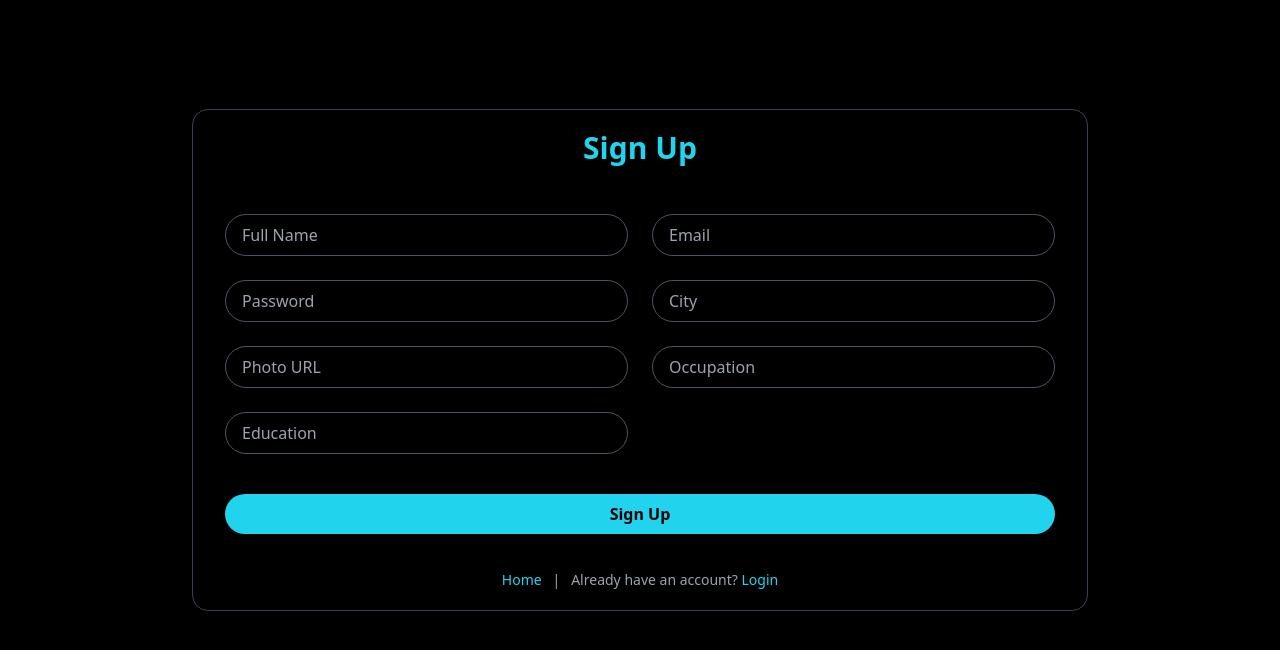
Repository: student-samratojha/StoryWrittingAppSam
Page: http://localhost/signup
The author's editor kept a copy of each file at every save. The page is drawn from the files as they stood at one save, then again after the next save.
The browser window is 1280 px wide. The pictures show the whole page.
Some web libraries are served in a nearby version. The page is served by the project's Node server (app.js).

Above is the page before, as saved 2025-10-12 19:31:00.

After the next save:
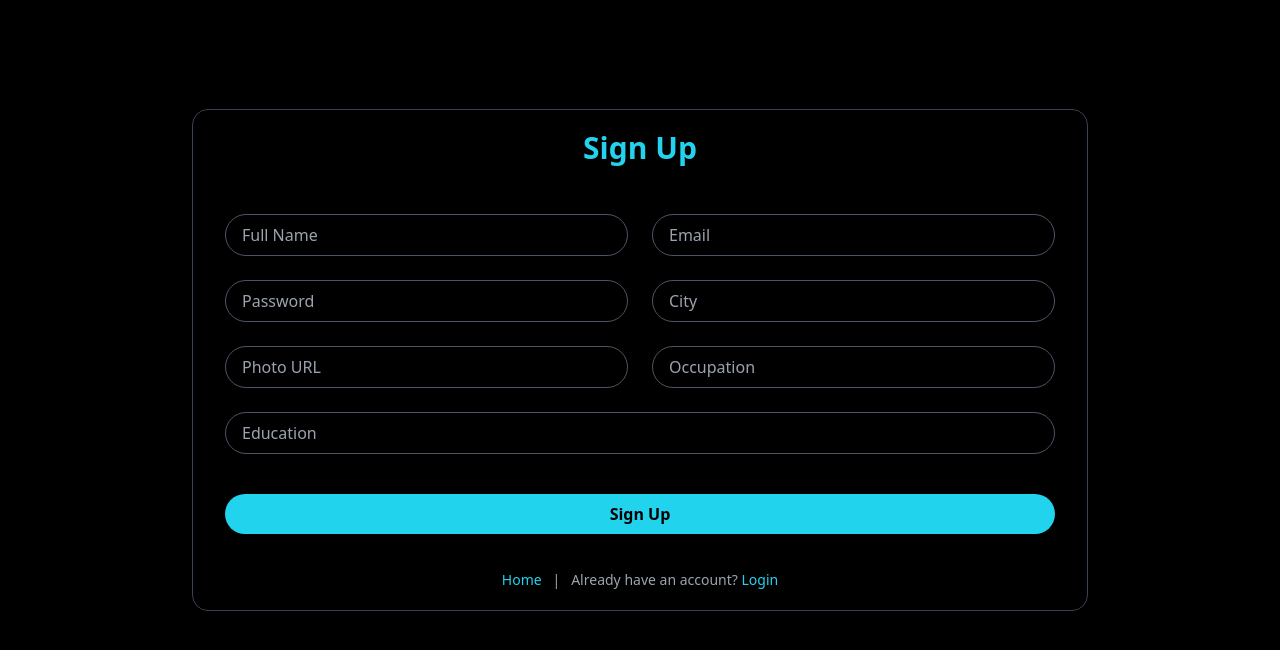
Saved 113 s later.
--- a/views/signup.ejs
+++ b/views/signup.ejs
@@ -35,7 +35,7 @@
     class="py-2 px-4 rounded-full border border-gray-600 bg-transparent text-white placeholder-gray-400 focus:outline-none focus:ring-2 focus:ring-cyan-400" />
 
   <input type="text" name="education" placeholder="Education" required
-    class="py-2 px-4 rounded-full border border-gray-600 bg-transparent text-white placeholder-gray-400 focus:outline-none focus:ring-2 focus:ring-cyan-400" />
+    class="py-2 px-4 rounded-full border border-gray-600 bg-transparent text-white placeholder-gray-400 focus:outline-none md:col-span-2 focus:ring-2 focus:ring-cyan-400" />
 
   <!-- Submit Button spans 2 columns -->
   <button type="submit"
